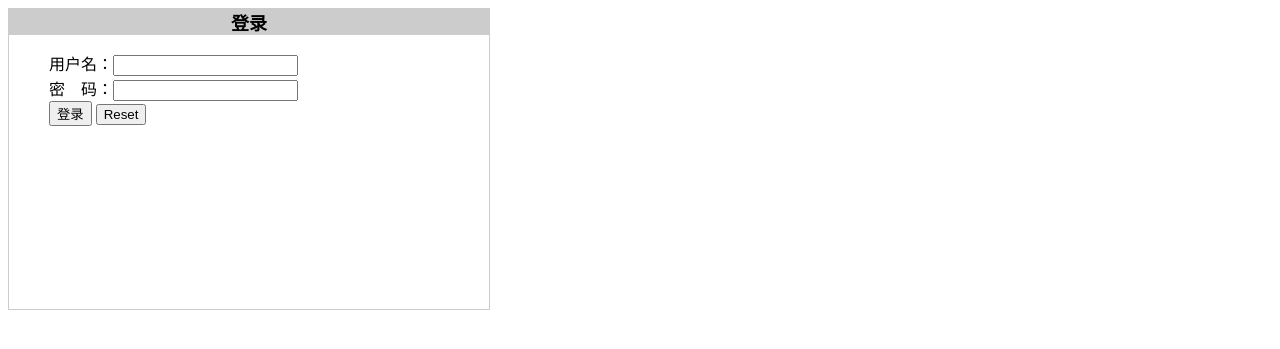
Repository: jiangrongbo/mybatis-blog
Page: http://localhost/exam3/
These files come from the project's save history. The page is drawn as it stood at one moment and after the next save; the edit follows.
The browser window is 1280 px wide. The pictures show the whole page.
The page is served by Tomcat 9. Other server files are loaded and not shown.

Above is the page before, as saved 2015-06-28 13:18:15.

### exam3/WebContent/index.jsp
<%@ page language="java" contentType="text/html; utf-8"  pageEncoding="utf-8"%>
<!DOCTYPE html PUBLIC "-//W3C//DTD HTML 4.01 Transitional//EN" "http://www.w3.org/TR/html4/loose.dtd">
<html>
<head>
<meta http-equiv="Content-Type" content="text/html; utf-8">
<title>登录页面</title>
<style>
#login
{
width:480px;
height:300px;
border:1px solid #ccc;
}
#login h1{
background:#ccc;
font-size:18px;
text-align: center;
margin-top:0px;
}
#login ul{
list-style-type: none;
}
</style>
</head>
<body>
	<div id="login">
		<h1>登录</h1>
		<ul>
			<li>用户名：<input type="text" name="username"></li>
			<li>密　码：<input type="text" name="password"></li>
			<li><input type="submit" value="登录">&nbsp;<input type="reset"></li>
		</ul>
	</div>
</body>
</html>

After the next save:
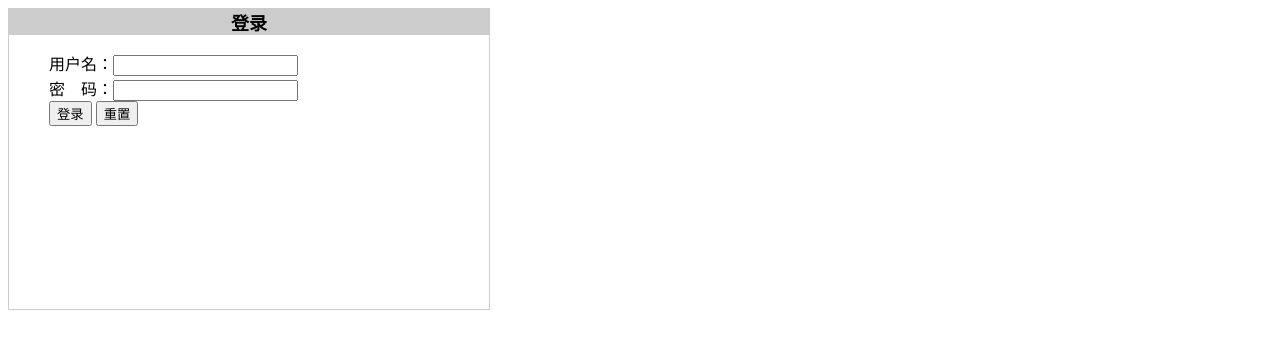
Saved 7 s later.
--- a/exam3/WebContent/index.jsp
+++ b/exam3/WebContent/index.jsp
@@ -28,7 +28,7 @@ list-style-type: none;
 		<ul>
 			<li>用户名：<input type="text" name="username"></li>
 			<li>密　码：<input type="text" name="password"></li>
-			<li><input type="submit" value="登录">&nbsp;<input type="reset"></li>
+			<li><input type="submit" value="登录">&nbsp;<input type="reset" value="重置"></li>
 		</ul>
 	</div>
 </body>
